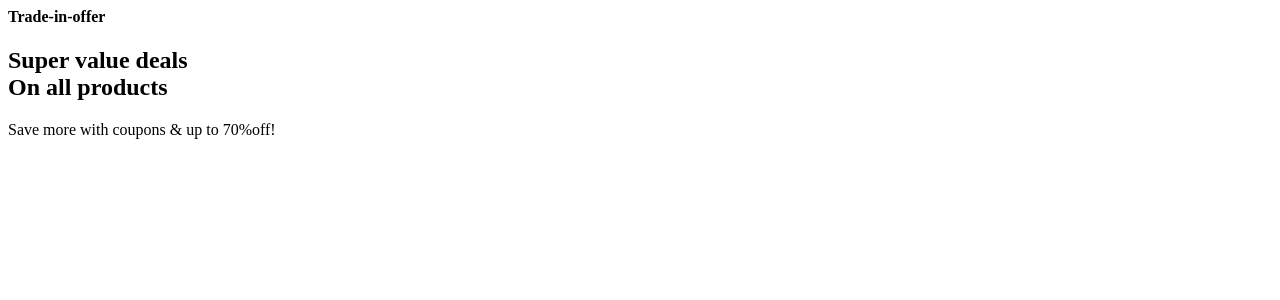
Repository: insc15/duan1
Page: http://localhost/views/pages/home.php
These files come from the project's save history. The page is drawn as it stood at one moment and after the next save; the edit follows.
The browser window is 1280 px wide. The pictures show the whole page.
The page is run by PHP 8.4 with error messages shown; the project is at /var/www/html/.

Above is the page before, as saved 2022-11-16 19:50:21.

After the next save:
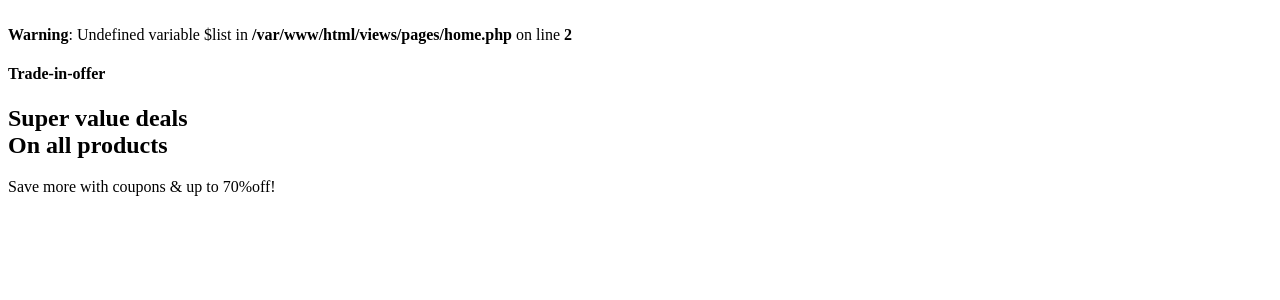
Saved 32 min 30 s later.
--- a/views/pages/home.php
+++ b/views/pages/home.php
@@ -1,5 +1,5 @@
 <?php
-// print_r($list)
+print_r($list)
 ?>
 
 <section
